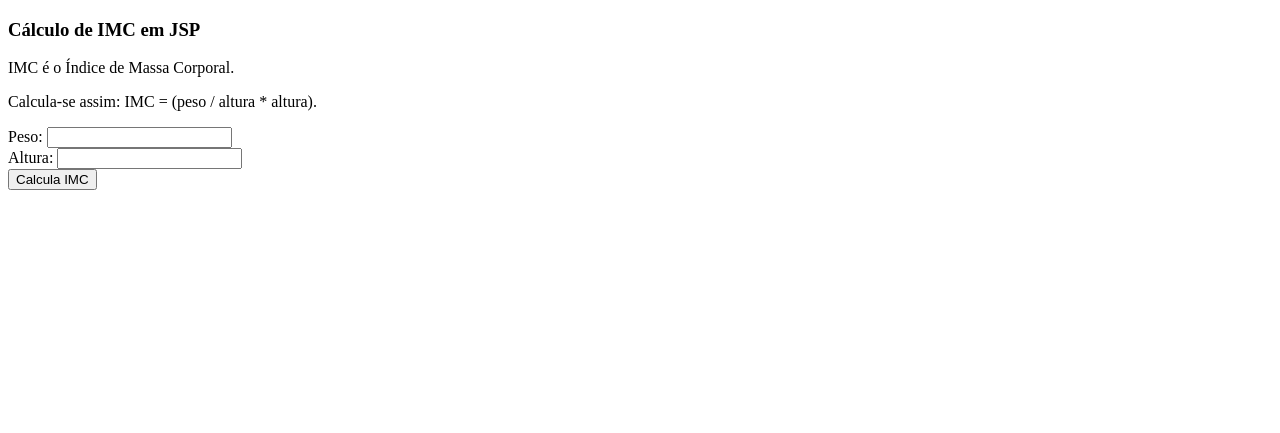
Repository: LustosaJunior/DesenvolvimentoWeb
Page: 2021-04-06 - JSP/IMC/WebContent/index.html
The author's editor kept a copy of each file at every save. The page is drawn from the files as they stood at one save, then again after the next save.
The browser window is 1280 px wide. The pictures show the whole page.

Above is the page before, as saved 2021-04-06 23:26:05.

After the next save:
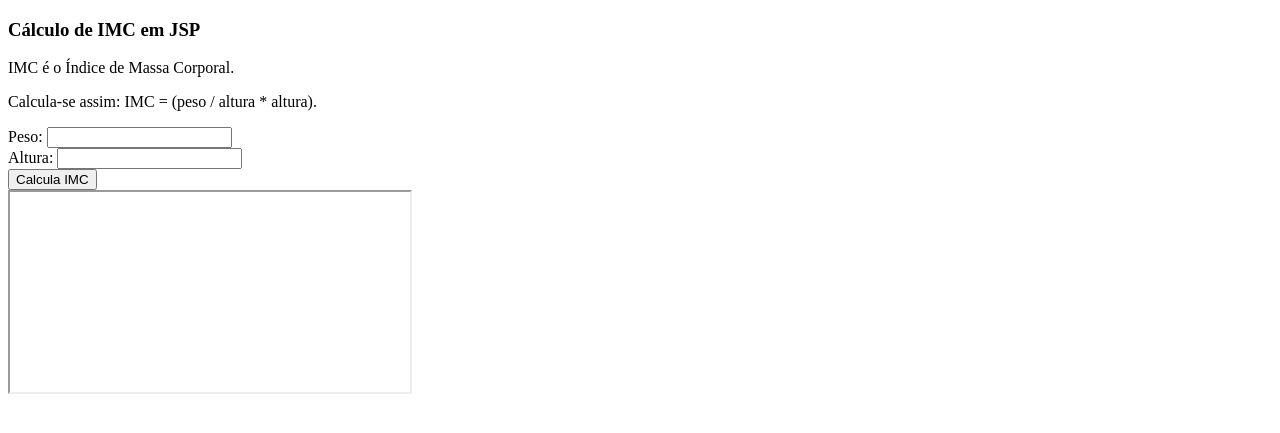
Saved 43 s later.
--- a/2021-04-06 - JSP/IMC/WebContent/index.html
+++ b/2021-04-06 - JSP/IMC/WebContent/index.html
@@ -16,7 +16,7 @@
                 </form>
            </div>
             <div id="div2">
-             <iframe name="result" width="400" height="200" frameborder="0">
+             <iframe name="result" width="400" height="200">
              </iframe>
            </div>
         </div>
